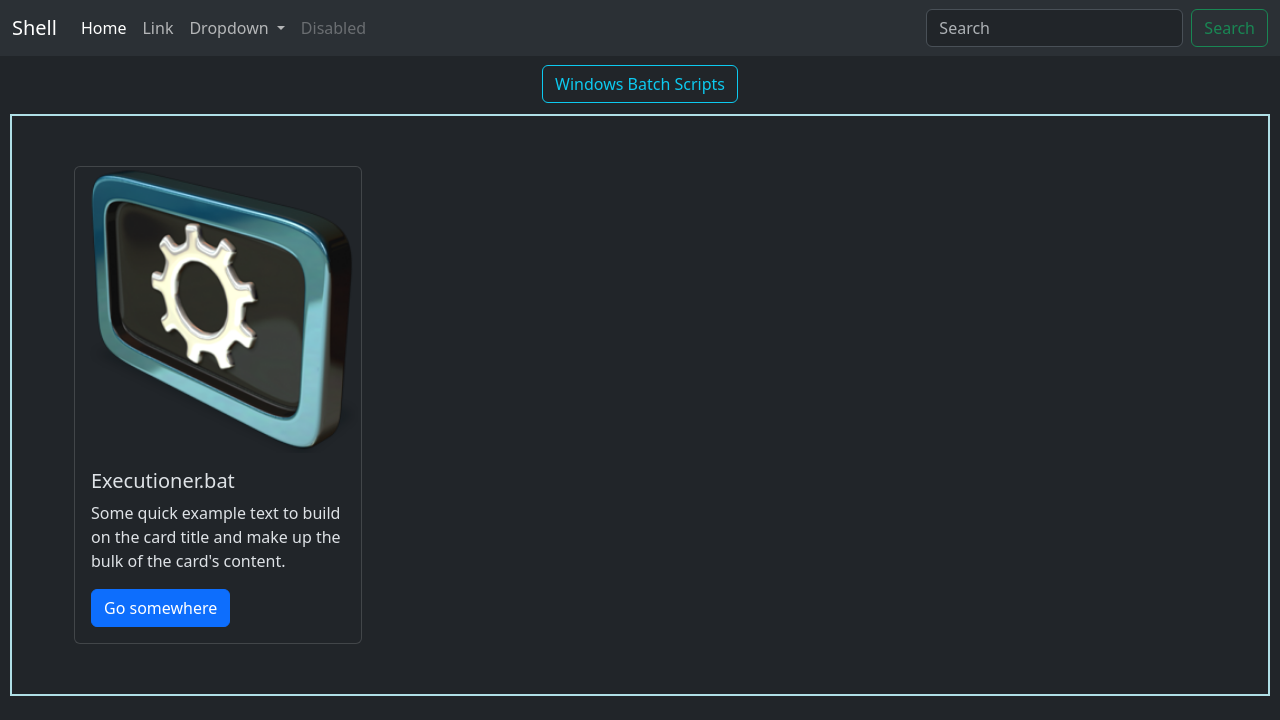
Repository: VictoriousMango/Archive
Page: index.html
An editor plug-in stored every save of this project. The page is shown before and after the next save, followed by the edit.
The browser window is 1280 px wide. The pictures show the whole page.

Above is the page before, as saved 2024-06-06 00:42:01.

After the next save:
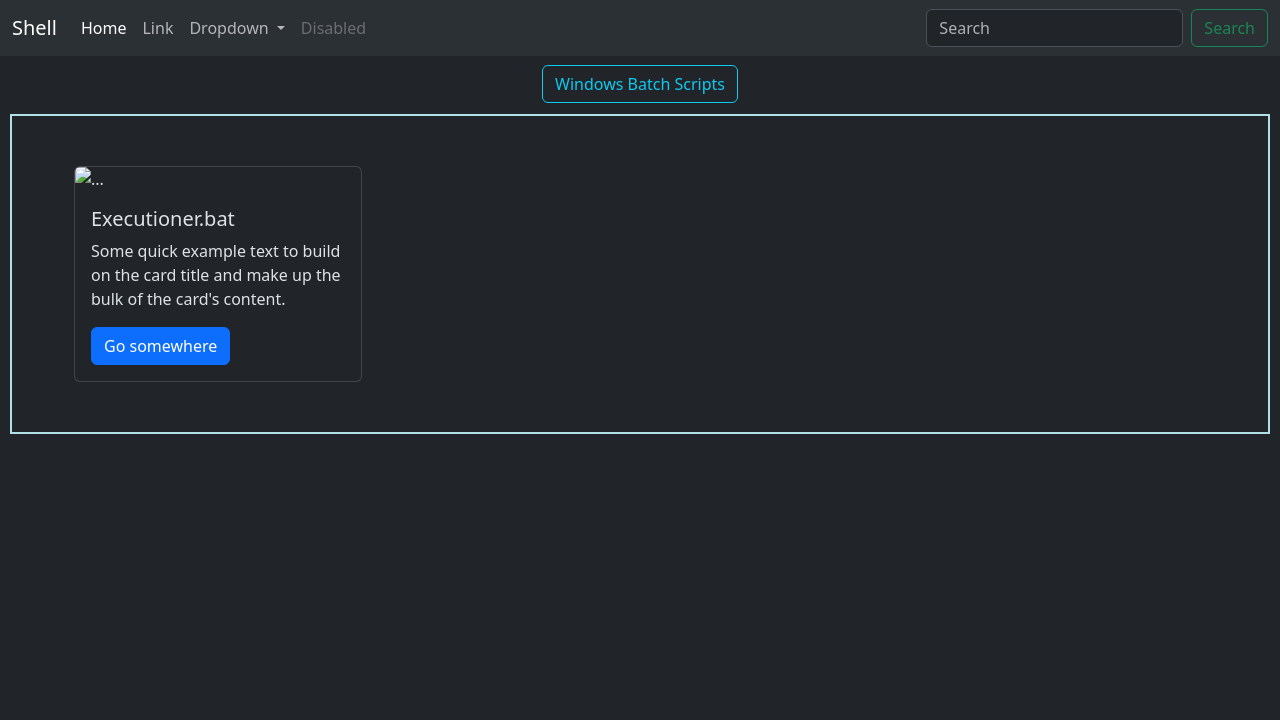
Saved 3 min 59 s later.
--- a/index.html
+++ b/index.html
@@ -50,7 +50,7 @@
             <!-- First Card -->
             <div class="col">
                 <div class="card" style="width: 18rem;">
-                    <img src="Images\MS-DOS_Batch_File.png" class="card-img-top" alt="...">
+                    <img src="" class="card-img-top" alt="...">
                     <div class="card-body">
                       <h5 class="card-title">Executioner.bat</h5>
                       <p class="card-text">Some quick example text to build on the card title and make up the bulk of the card's content.</p>

After the save that followed:
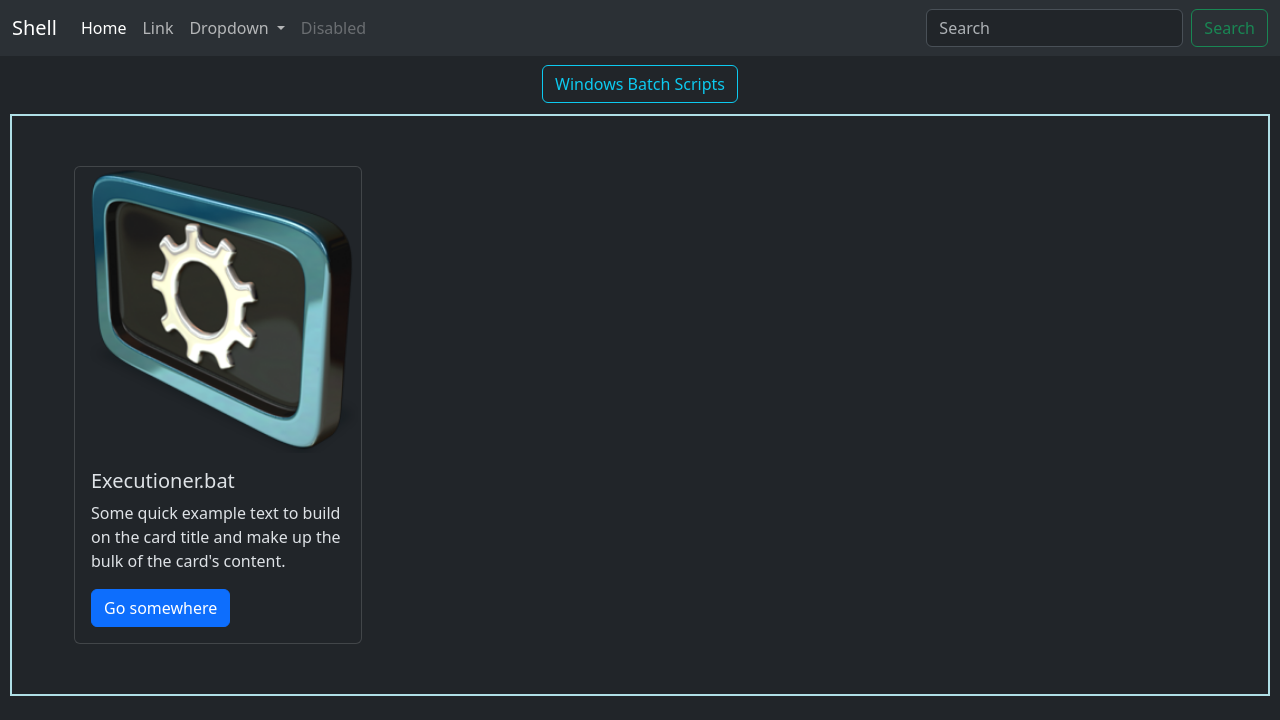
Saved 5 s later.
--- a/index.html
+++ b/index.html
@@ -50,7 +50,7 @@
             <!-- First Card -->
             <div class="col">
                 <div class="card" style="width: 18rem;">
-                    <img src="" class="card-img-top" alt="...">
+                    <img src="Images\MS-DOS_Batch_File.png" class="card-img-top" alt="...">
                     <div class="card-body">
                       <h5 class="card-title">Executioner.bat</h5>
                       <p class="card-text">Some quick example text to build on the card title and make up the bulk of the card's content.</p>
